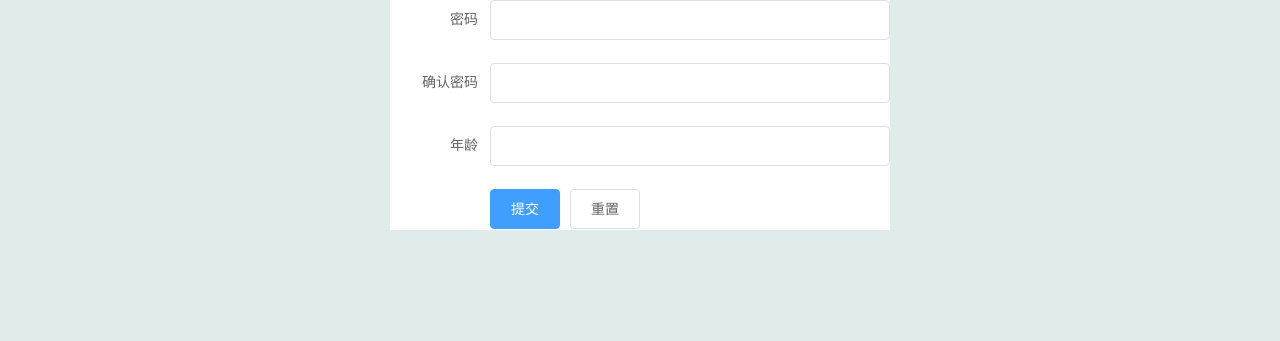
Repository: yuyiyong/study.vue
Page: /#/login
These files come from the project's save history. The page is drawn as it stood at one moment and after the next save; the edit follows.
The browser window is 1280 px wide. The pictures show the whole page.
The project was rebuilt for these pictures with package versions that can differ from the ones it lists, and the page was loaded fresh each time. Also part of the build but not shown: src/pages/Layout/Menu/Menu.vue, src/pages/Main/Main.vue, src/pages/Containt/Containt1.vue, src/pages/Containt/Containt2.vue.

Above is the page before, as saved 2021-03-09 17:47:43.

After the next save:
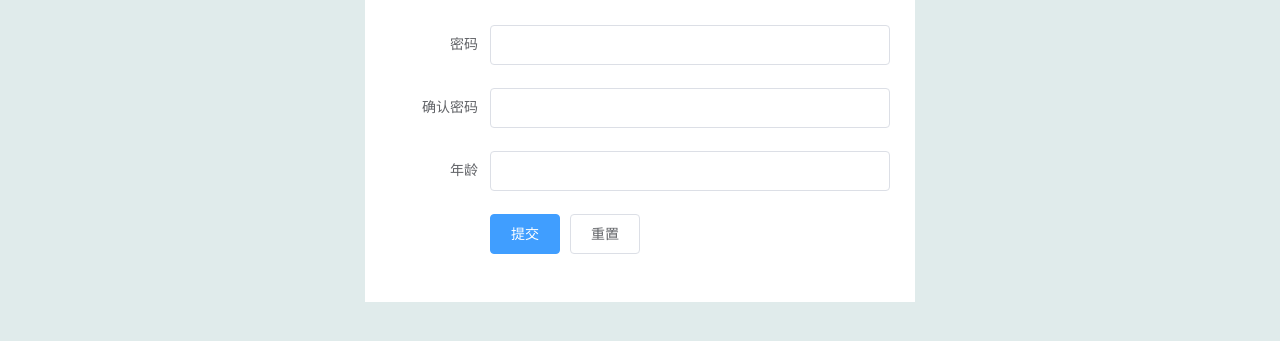
Saved 16 s later.
--- a/src/pages/Login/Login.vue
+++ b/src/pages/Login/Login.vue
@@ -1,6 +1,6 @@
 <!--
  * @LastEditors: yyy_dui
- * @LastEditTime: 2021-03-09 17:47:43
+ * @LastEditTime: 2021-03-09 17:47:59
  * @FilePath: /element_test/src/pages/Login/Login.vue
 -->
 <template>
@@ -121,5 +121,6 @@ export default {
   width: 500px;
   margin: 0 auto;
   background: #fff;
+  padding: 25px;
 }
 </style>
